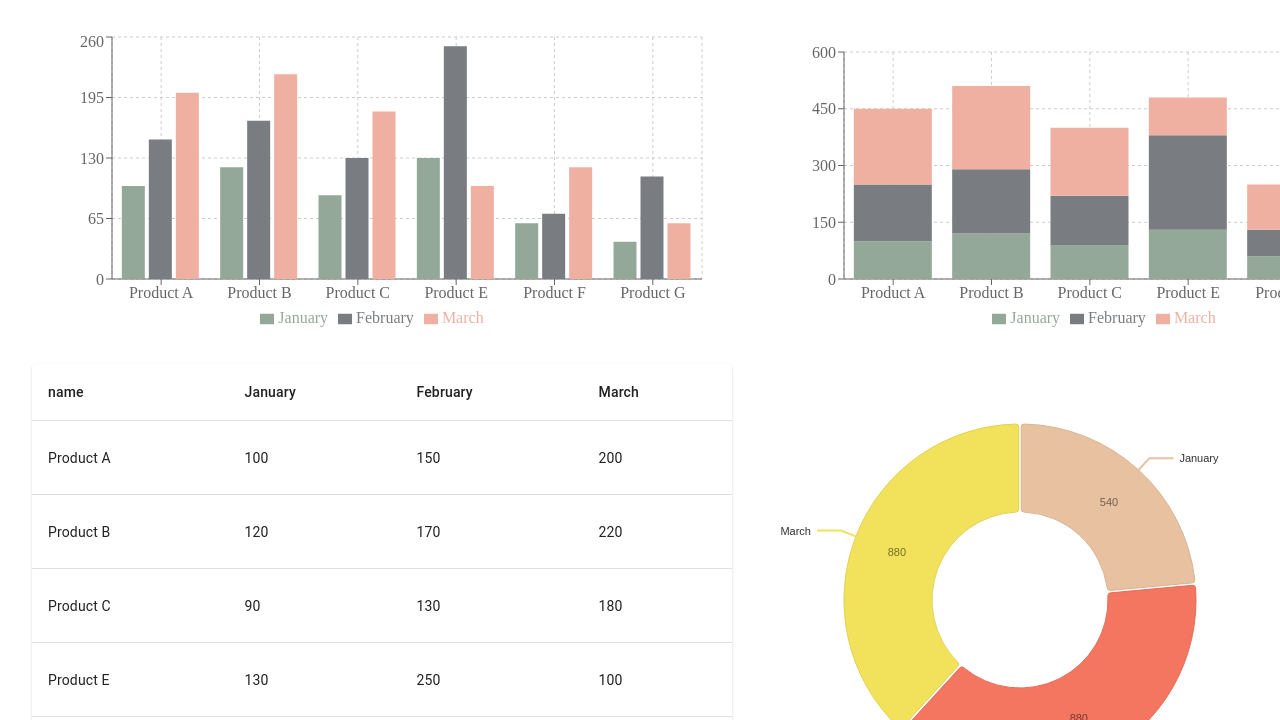
Repository: sagarjain738/test
Page: /
These files come from the project's save history. The page is drawn as it stood at one moment and after the next save; the edit follows.
The browser window is 1280 px wide. The pictures show the whole page.
The project was rebuilt for these pictures with package versions that can differ from the ones it lists, and the page was loaded fresh each time. Also part of the build but not shown: vite.config.js, src/index.css.

Above is the page before, as saved 2024-01-20 23:58:49.

After the next save:
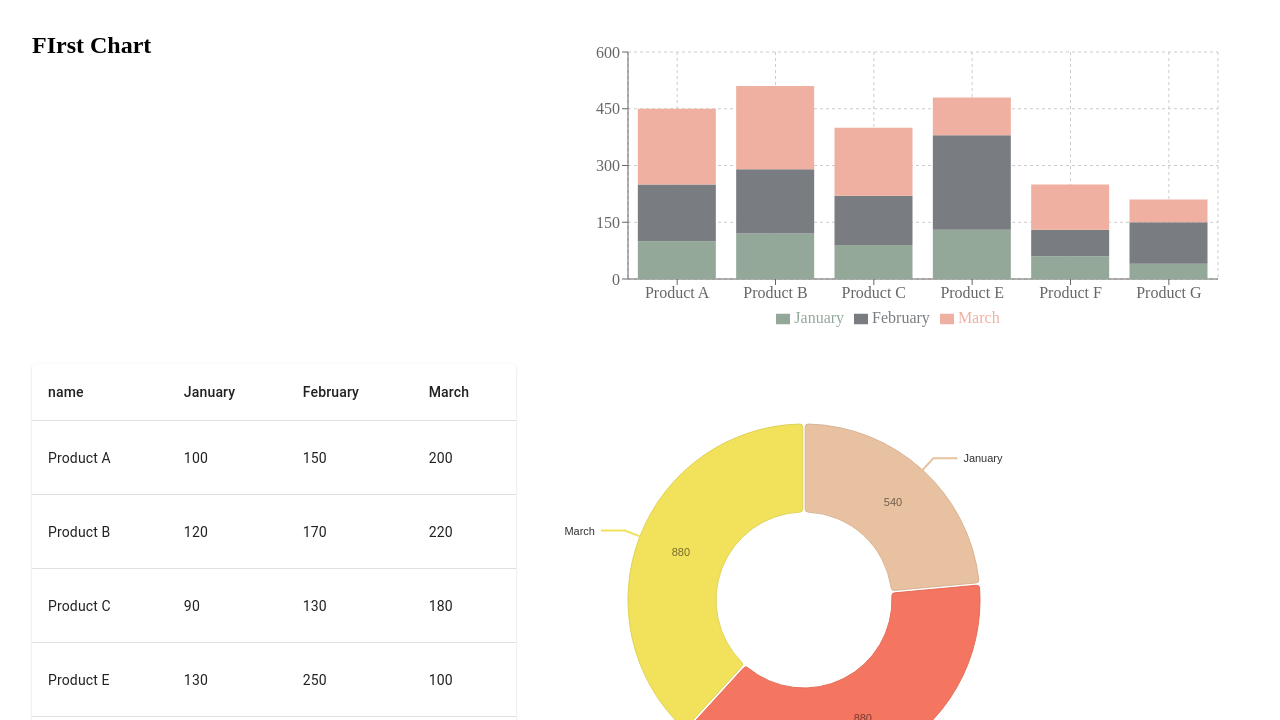
Saved 102 s later.
--- a/src/components/FirstChart.jsx
+++ b/src/components/FirstChart.jsx
@@ -8,6 +8,7 @@ import {
   XAxis,
   YAxis,
 } from "recharts";
+import HigherOrder from "./HigherOrder";
 
 const colors = ["#94A89A", "#797D81", "#EFB0A1", "#669bbc"];
 
@@ -41,4 +42,6 @@ const FirstChart = ({ records, monthNames }) => {
   );
 };
 
-export default FirstChart;
+const ProductWiseMont = HigherOrder(FirstChart, "FIrst Chart");
+
+export default ProductWiseMont;
